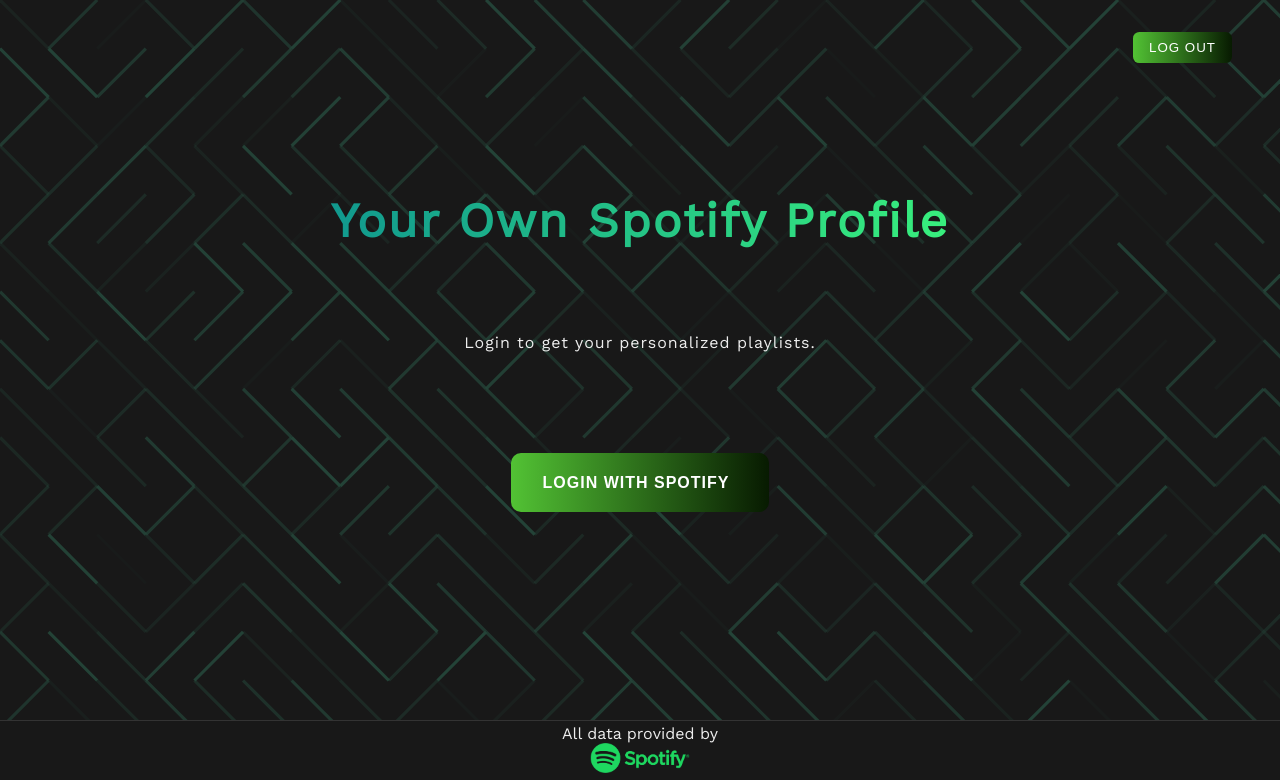
Repository: kirpister/Spotify-profile
Page: /
These files come from the project's save history. The page is drawn as it stood at one moment and after the next save; the edit follows.
The browser window is 1280 px wide. The pictures show the whole page.
The project was rebuilt for these pictures with package versions that can differ from the ones it lists, and the page was loaded fresh each time.

Above is the page before, as saved 2023-03-08 10:58:44.

After the next save:
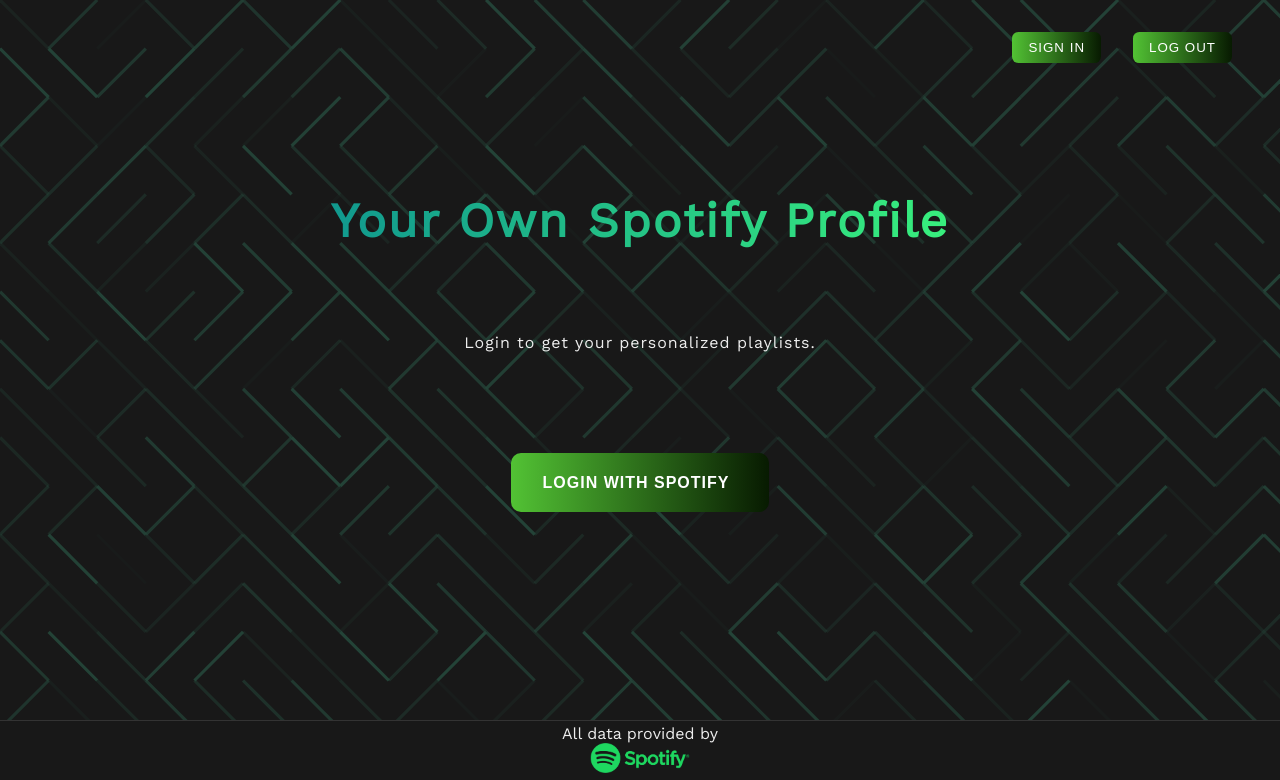
Saved 6 min 59 s later.
--- a/src/Spotify.tsx
+++ b/src/Spotify.tsx
@@ -127,7 +127,7 @@
                 Logged in as <a href="/">{userData?.display_name}</a>
               </p>
             ) : (
-              ""
+              <button>Sign In</button>
             )}
 
             <a href="https://accounts.spotify.com/fi/status">
